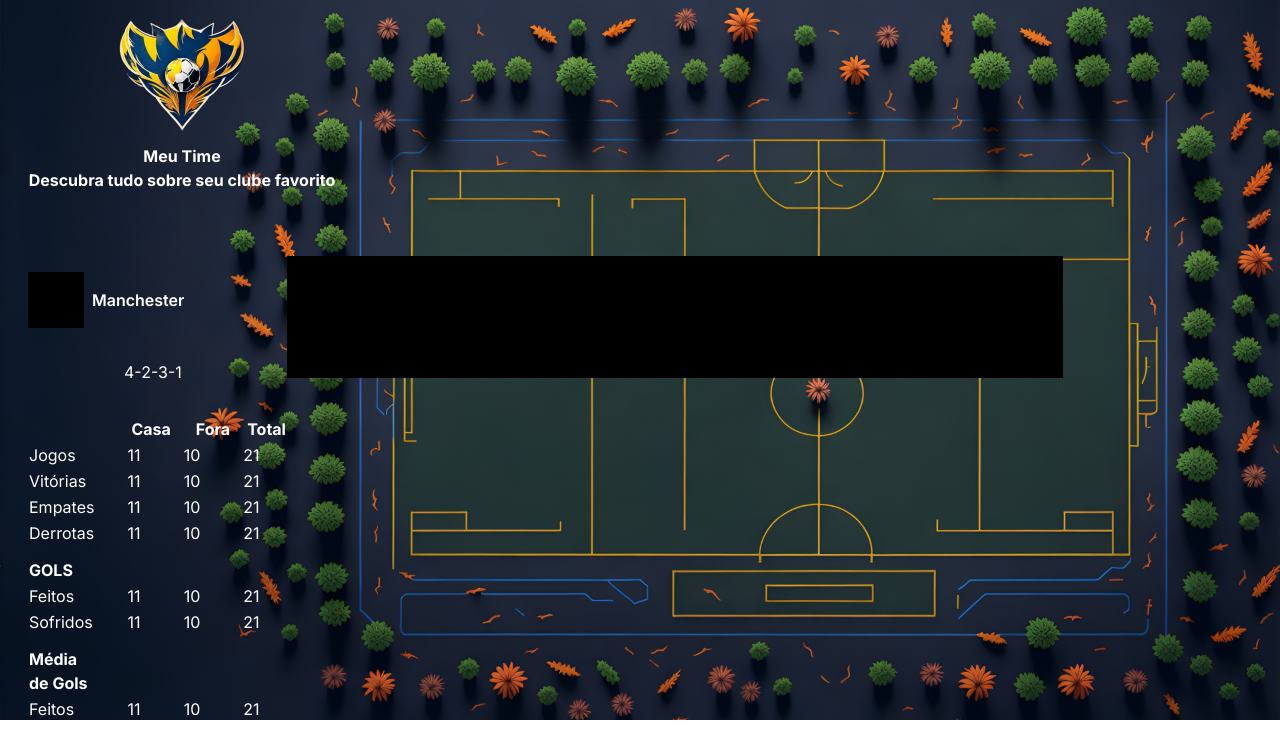
Repository: LuizAGDomingues/MeuTimeApp
Page: /statistics
The author's editor kept a copy of each file at every save. The page is drawn from the files as they stood at one save, then again after the next save.
The browser window is 1280 px wide. The pictures show the whole page.
The project was rebuilt for these pictures with package versions that can differ from the ones it lists, and the page was loaded fresh each time. The framework's server and built-in components were replaced by stand-ins that run in the browser. Also part of the build but not shown: next.config.js.

Above is the page before, as saved 2023-05-26 14:24:49.

### src/app/layout.tsx
"use client"

import './globals.css'
import { Inter } from 'next/font/google'
import { QueryClient, QueryClientProvider } from 'react-query'

const inter = Inter({ subsets: ['latin'] })

const queryClient = new QueryClient()

export const metadata = {
  title: 'Trade test - Football API',
  description: 'Test para vaga front-end da Trade Technology',
}

export default function RootLayout({
  children,
}: {
  children: React.ReactNode
}) {
  return (
    <html lang="pt-br">
      <body className={inter.className}>
        <QueryClientProvider client={queryClient}>
          {children}
        </QueryClientProvider>
      </body>
    </html>
  )
}

### src/app/statistics/page.tsx
import React, { useEffect } from 'react'
import { useRouter } from 'next/router';
import logo from '../../assets/logo.png'
import Image from 'next/image'
import { useQuery } from 'react-query';
import { api } from '@/lib/axios';

function page() {
  // const router = useRouter();
  // const { league, seasonYear, team } = router.query;
  // const API_KEY = process.env.NEXT_PUBLIC_API_KEY;
  // const API_HOST = process.env.NEXT_PUBLIC_API_HOST;

  // useEffect(() => {
  //   // Verificar se as informações estão presentes
  //   if (!league || !seasonYear || !team) {
  //     // Redirecionar para outra página ou exibir uma mensagem de erro
  //     router.push('/');
  //   }
  // }, [league, seasonYear, team]);

  // const { data: timeStatisticsData, isLoading: timeStatisticsLoading, error: timeStatisticsError } = useQuery('timeStatistics', () => {
  //   return api.get('teams', {
  //     headers: {
  //       "x-rapidapi-host": API_HOST,
	// 	    "x-rapidapi-key": API_KEY
  //     }, params: {
  //       league: league,
  //       season: seasonYear,
  //       team: team
  //     }
  //   }).then((response) => response.data.response)
  // })

  // const { data: timeSquadData, isLoading: timeSquadLoading, error: timeSquadError } = useQuery('timeSquad', () => {
  //   return api.get('players/squads', {
  //     headers: {
  //       "x-rapidapi-host": API_HOST,
	// 	    "x-rapidapi-key": API_KEY
  //     },
  //     params: {
  //       team: team
  //     }
  //   }).then((response) => response.data.response)
  // })

  return (
    <section className='statisticpage w-full h-screen px-7 pb-20 text-white'>
      <div className='flex flex-col items-center w-[308px]'>
        <Image src={logo} alt='Logo exemplo'/>
        <span className='text-white font-bold text-center'>Meu Time<br/>Descubra tudo sobre seu clube favorito</span>
      </div>

      <div className='flex justify-between'>

        <div className='flex flex-col items-start w-[308px]'>
          <div className='flex items-center gap-2 mt-20'>
            <div className='w-14 h-14 bg-black'></div>
            <span className='font-semibold'>Manchester</span>
          </div>
          <span className='mt-8 ml-24 mb-8'>4-2-3-1</span>

          <table>
            <thead>
              <tr>
                <th></th>
                <th className="text-center pl-9">Casa</th>
                <th className="text-center pl-6">Fora</th>
                <th className="text-center pl-4">Total</th>
              </tr>
            </thead>
            <tbody>
              <tr>
                <td>Jogos</td>
                <td className="pl-8">11</td>
                <td className="pl-3">10</td>
                <td className="pl-3">21</td>
              </tr>
              <tr>
                <td>Vitórias</td>
                <td className="pl-8">11</td>
                <td className="pl-3">10</td>
                <td className="pl-3">21</td>
              </tr>
              <tr>
                <td>Empates</td>
                <td className="pl-8">11</td>
                <td className="pl-3">10</td>
                <td className="pl-3">21</td>
              </tr>
              <tr>
                <td>Derrotas</td>
                <td className="pl-8">11</td>
                <td className="pl-3">10</td>
                <td className="pl-3">21</td>
              </tr>

              <tr>
                <td className='font-bold pt-3'>GOLS</td>
              </tr>
              <tr>
                <td>Feitos</td>
                <td className="pl-8">11</td>
                <td className="pl-3">10</td>
                <td className="pl-3">21</td>
              </tr>
              <tr>
                <td>Sofridos</td>
                <td className="pl-8">11</td>
                <td className="pl-3">10</td>
                <td className="pl-3">21</td>
              </tr>

              <tr>
                <td className='font-bold pt-3'>Média de Gols</td>
              </tr>
              <tr>
                <td>Feitos</td>
                <td className="pl-8">11</td>
                <td className="pl-3">10</td>
                <td className="pl-3">21</td>
              </tr>
              <tr>
                <td>Sofridos</td>
                <td className="pl-8">11</td>
                <td className="pl-3">10</td>
                <td className="pl-3">21</td>
              </tr>
            </tbody>
          </table>
        </div>

        <div className='grid grid-cols-10 gap-4 mr-[13.5rem] mt-16'>
          <div className='w-[88px] h-[122px] bg-black'></div>
          <div className='w-[88px] h-[122px] bg-black'></div>
          <div className='w-[88px] h-[122px] bg-black'></div>
          <div className='w-[88px] h-[122px] bg-black'></div>
          <div className='w-[88px] h-[122px] bg-black'></div>
          <div className='w-[88px] h-[122px] bg-black'></div>
          <div className='w-[88px] h-[122px] bg-black'></div>
          <div className='w-[88px] h-[122px] bg-black'></div>
          <div className='w-[88px] h-[122px] bg-black'></div>
          <div className='w-[88px] h-[122px] bg-black'></div>
        </div>
      </div>

    </section>
  )
}

export default page

### src/app/globals.css
@tailwind base;
@tailwind components;
@tailwind utilities;

.landingpage {
  background-image: url('../assets/background.png');
  background-size: cover;
  background-repeat: no-repeat;
}

.statisticpage {
  background-image: url('../assets/statisticsBackground.png');
  background-size: cover;
  background-repeat: no-repeat;
}

Loaded but not shown: tailwind.config.js (common file)

After the next save:
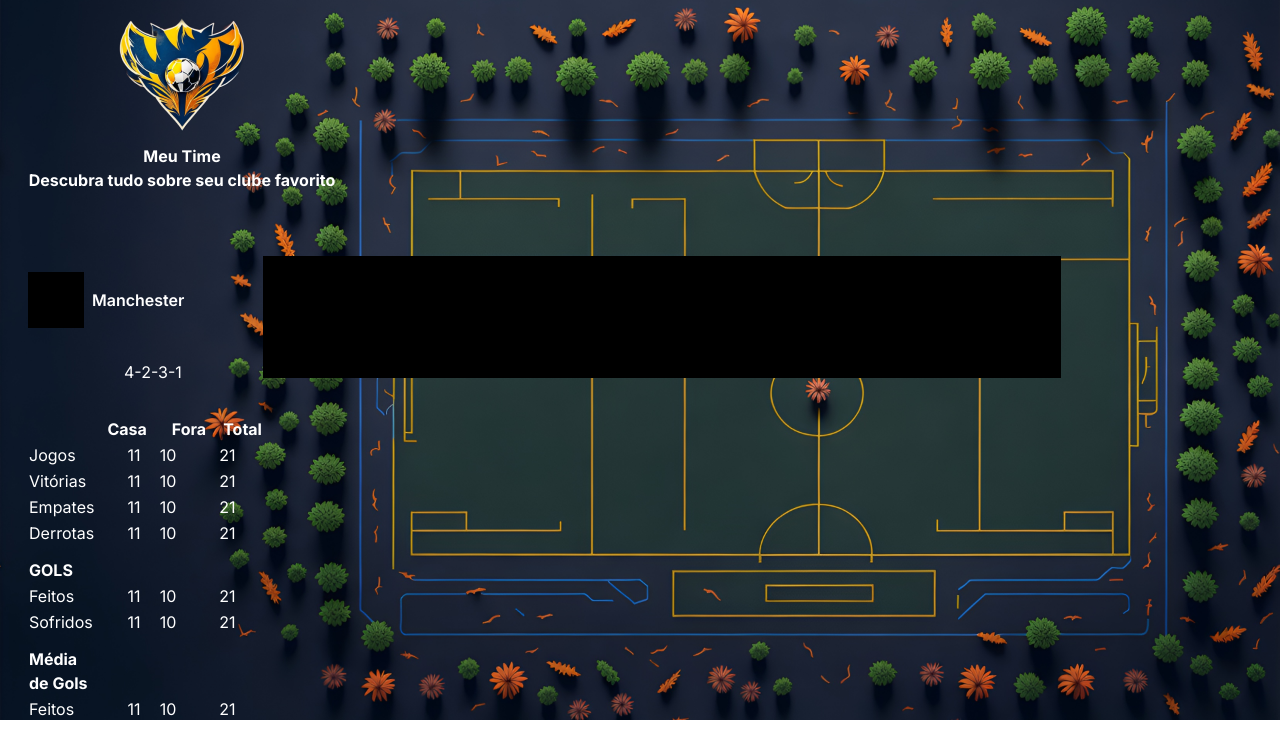
Saved 7 s later.
--- a/src/app/statistics/page.tsx
+++ b/src/app/statistics/page.tsx
@@ -64,7 +64,7 @@ function page() {
             <thead>
               <tr>
                 <th></th>
-                <th className="text-center pl-9">Casa</th>
+                <th className="text-center pl-3">Casa</th>
                 <th className="text-center pl-6">Fora</th>
                 <th className="text-center pl-4">Total</th>
               </tr>
